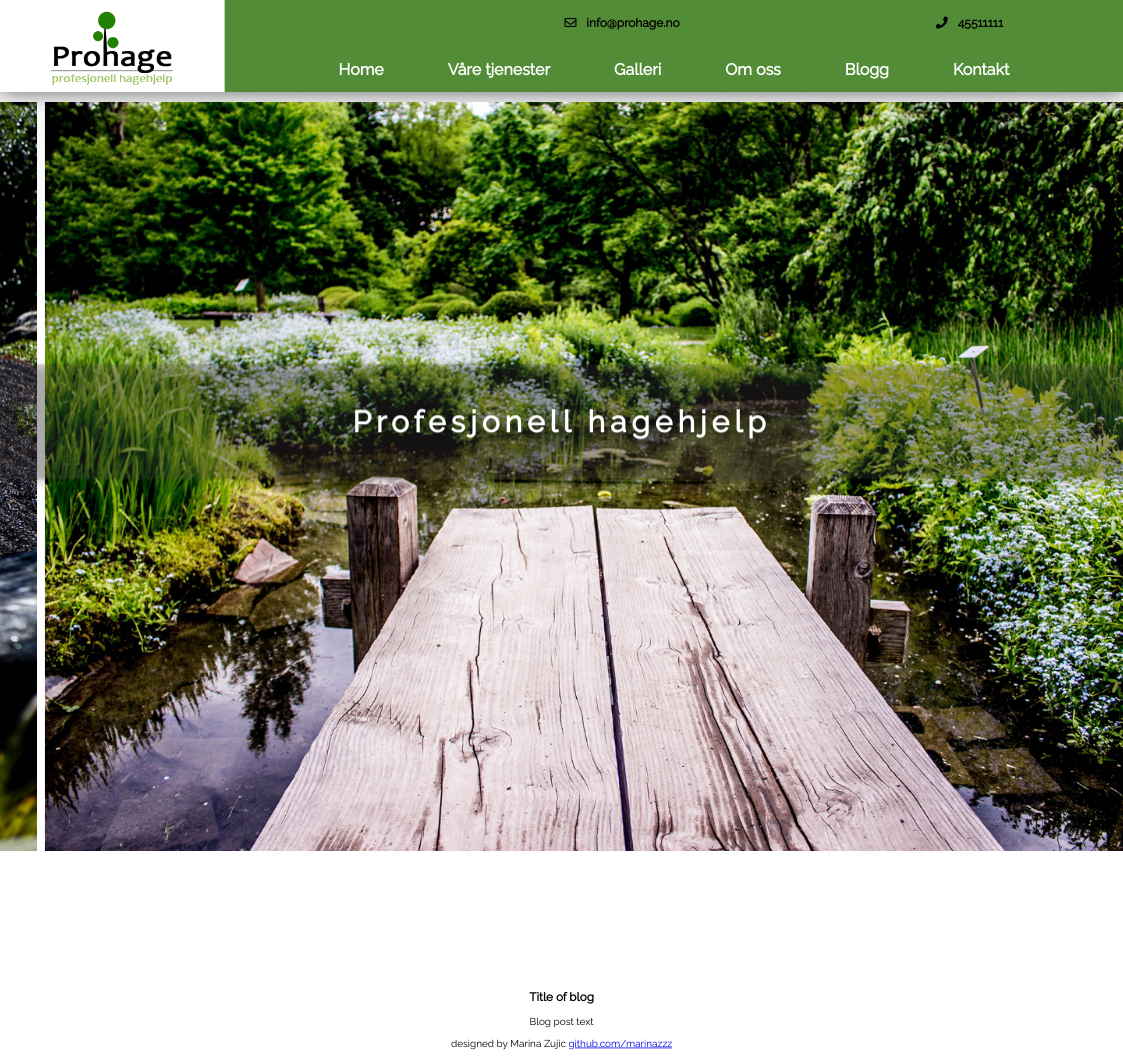
Repository: marinazzz/garden-design-website
Page: Garden design website/index.html
The author's editor kept a copy of each file at every save. The page is drawn from the files as they stood at one save, then again after the next save.
The browser window is 1440 px wide. The pictures show the whole page, at 78% of full size.

Above is the page before, as saved 2020-03-29 10:24:35.

After the next save:
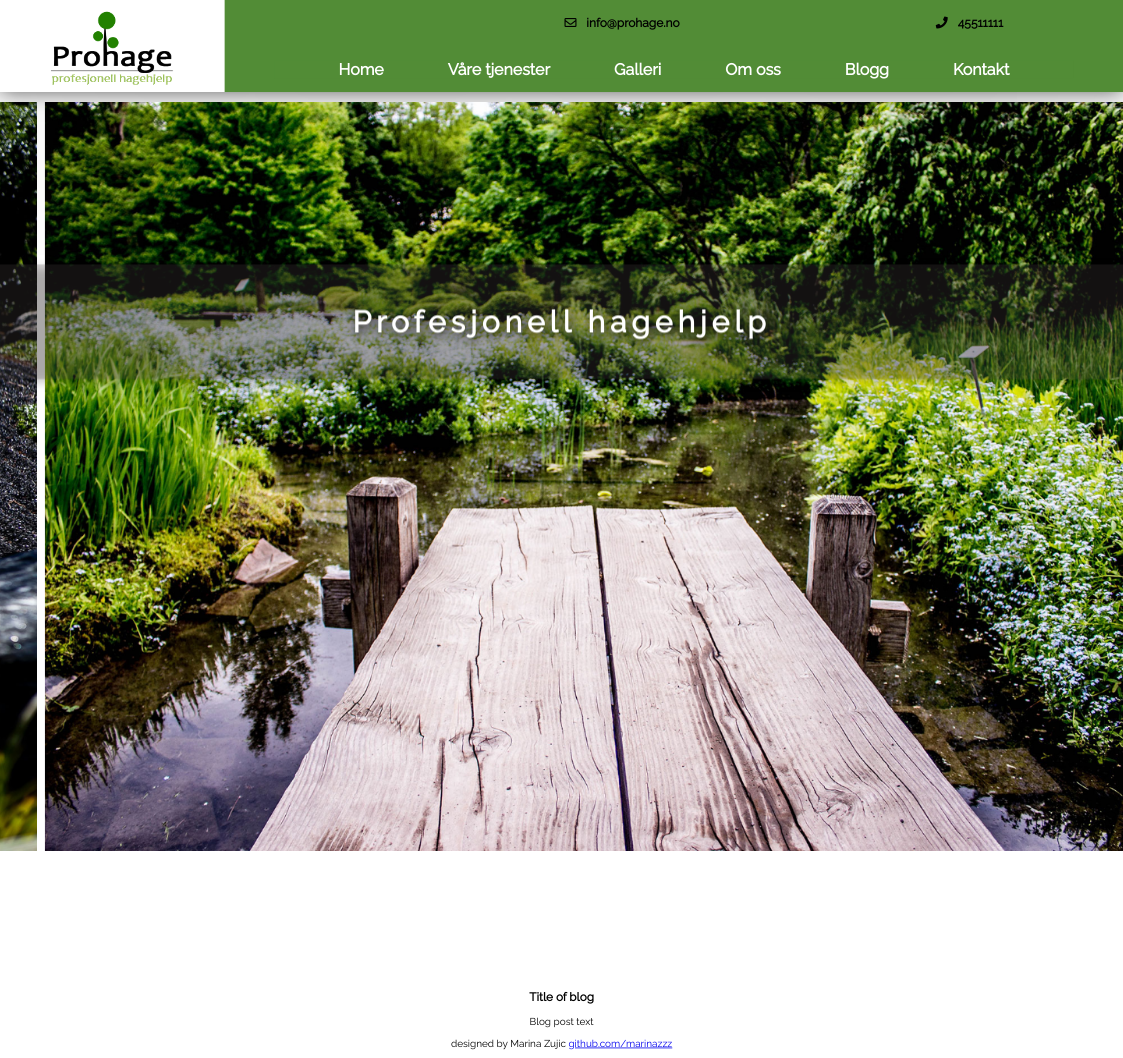
Saved 118 s later.
--- a/Garden design website/CSS/min-width-992px.css
+++ b/Garden design website/CSS/min-width-992px.css
@@ -29,7 +29,7 @@
     /* MAIN PHOTO */
 
     .main-photo__title {
-        bottom: 50rem;
+        bottom: 60rem;
         font-size: 3rem;
         letter-spacing: 0.5rem;
     }
